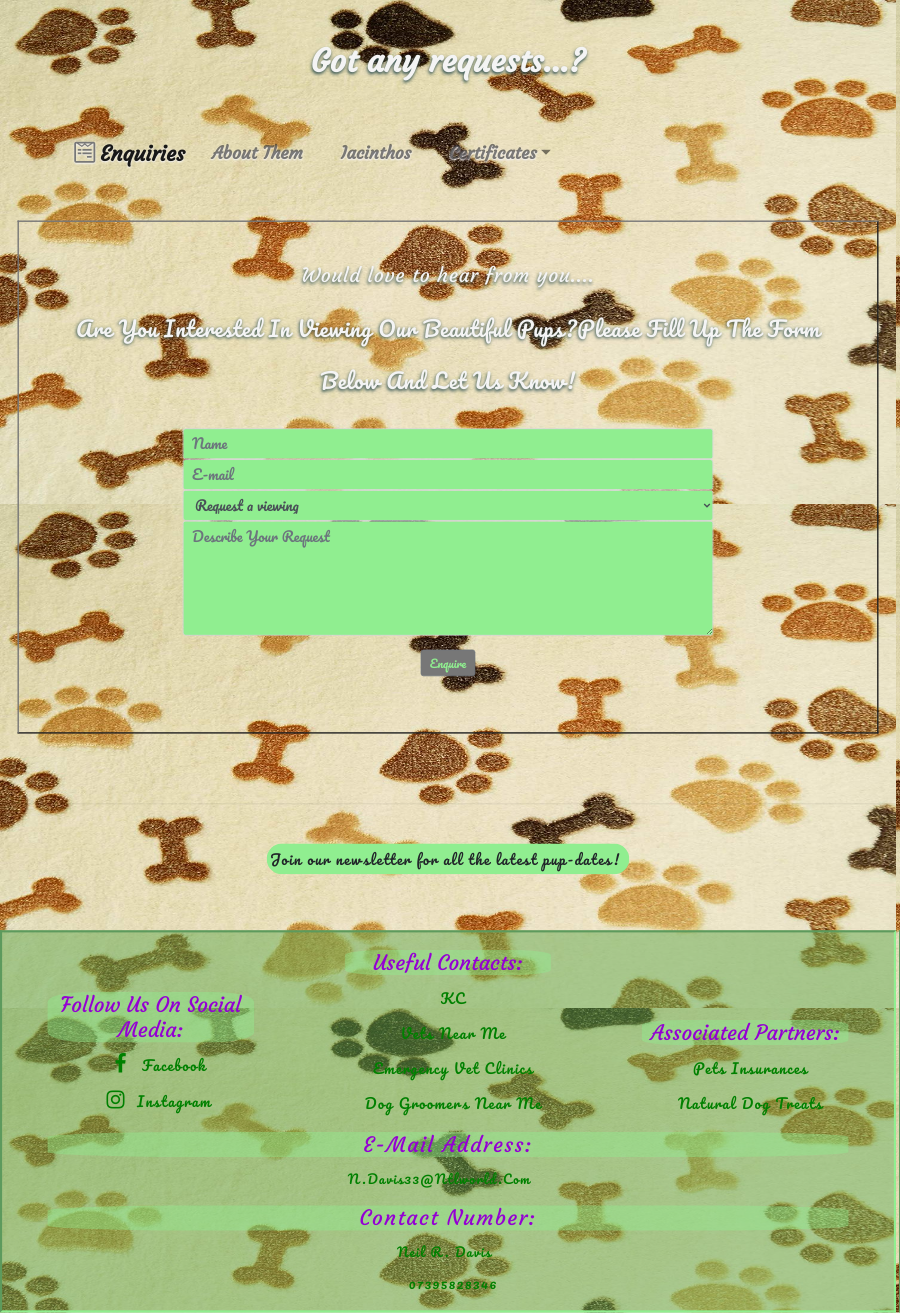
Repository: Code-Institute-Submissions/GeorgiosSklav-Iacinthos-blog
Page: request-form.html
The author's editor kept a record of every edit. The page is drawn from the files as they stood at one moment, then again after the next edit.
The browser window is 1280 px wide. The page is 1285 px wide, so the pictures cover 1285 px, including what lies to the right of the window. The pictures show the whole page, at 70% of full size.
Backgrounds fixed to the window are drawn as part of the page.

Above is the page before.

### request-form.html
<!DOCTYPE html>
<html lang="en">

<head>
    <meta charset="UTF-8">
    <meta name="viewport" content="width=device-width, initial-scale=1.0">
    <meta http-equiv="X-UA-Compatible" content="ie=edge">
    <link rel="stylesheet" href="https://stackpath.bootstrapcdn.com/bootstrap/4.3.1/css/bootstrap.min.css " integrity="sha384-ggOyR0iXCbMQv3Xipma34MD+dH/1fQ784/j6cY/iJTQUOhcWr7x9JvoRxT2MZw1T " crossorigin="anonymous ">
    <title>Iacinthos mini Poodles</title>
    <link rel="stylesheet" href="https://stackpath.bootstrapcdn.com/font-awesome/4.7.0/css/font-awesome.min.css" integrity="sha384-wvfXpqpZZVQGK6TAh5PVlGOfQNHSoD2xbE+QkPxCAFlNEevoEH3Sl0sibVcOQVnN" crossorigin="anonymous">
    <link rel="stylesheet" href="style.css" type="text/css" />
</head>

<body>
    <!--------------------------------------------------------Header-->
    <header class="container">
        <div class="row align-items-start homepage">
            <a href="index.html" class="col-12 logo">
                <h1>Got any requests...?</h1>
            </a>
        </div>
        <nav class="navbar navbar-light navbar-expand-sm">
            <a href="index.html" class="navbar-brand"><i class="fa fa-wpforms"></i>Enquiries</a>
            <button class="navbar-toggler ml-auto" type="button" data-toggle="collapse" data-target="#navbarNavDropdown" aria-controls="Toggle navigation">
            <span class="navbar-toggler-icon"></span></button>
            <div class="collapse navbar-collapse" id="navbarNavDropdown">
                <ul class="navbar-nav mt-auto mt-2 mt-lg-0">
                    <li class="nav-item item2 mr-2"><a class="nav-link" href="about-them.html">About Them</a></li>
                    <li class="nav-item mr-2"><a class="nav-link" href="index.html">Iacinthos</a></li>
                    <li class="nav-item dropdown">
                        <div class="nav-link dropdown-toggle" id="navbarDropdownMenuLink" role="button" data-toggle="dropdown" aria-haspopup="true" aria-expanded="false">
                            Certificates</div>
                        <div class="dropdown-menu" aria-labelledby="navbarDropdownMenuLink">
                            <a class="dropdown-item" href="certificate.html"><i class="fa fa-download"></i>Kennel Club</a>
                            <a class="dropdown-item" href="lineage.html"><i class="fa fa-download"></i>Blood-Lineage</a>
                        </div>
                    </li>
                </ul>
            </div>
        </nav>
    </header>
    <!----------------------------------------main-body-->
    <main>
        <div class="jumbotron-fluid about" id="frame">
            <section class="container-fluid">
                <div class="row about">
                    <div class="col">
                        <h3 class="about-title contact-heading text-center">Would love to hear from you....</h3>
                        <p class="contact capitalise">Are you interested in viewing our beautiful pups?Please fill up the form below and let us know!</p>
                        <div class="center-form">
                            <form>
                                <input type="text" name="name" id="fullname" class="form-control" placeholder="Name" required/>
                                <input type="email" name="email" id="emailaddress" class="form-control" placeholder="E-mail" required/>
                                <select class="form-control control">
                                    <option>Request a viewing</option>
                                    <option>Litter enquiries</option>
                                    <option>Other</option>
                                    </select>
                                <textarea rows="5" name="projectsummary" id="projectsummary" class="form-control" placeholder="Describe Your Request" required></textarea>
                                <div class="form-row text-center">
                                    <div class="col">
                                        <button type="submit" class="btn btn-secondary">Enquire</button>
                                    </div>
                                </div>
                            </form>
                        </div>
                    </div>
            </section>
            </div>
            <hr>
            <!------------------------------------------------ Modal -->
            <button type="button" class="btn btn-color" data-toggle="modal" data-target="#exampleModal">
  Join our newsletter for all the latest pup-dates!
</button>
            <div class="modal fade" id="exampleModal" tabindex="-1" role="dialog" aria-labelledby="exampleModalLabel" aria-hidden="true">
                <div class="modal-dialog" role="document">
                    <div class="modal-content">
                        <div class="modal-header">
                            <h5 class="modal-title" id="exampleModalLabel">Join our family with a flick of your paw!</h5>
                            <button type="button" class="close" data-dismiss="modal" aria-label="Close">
                     <span aria-hidden="true">&times;</span>
        </button>
                        </div>
                        <div class="modal-body">
                            <form class="modal-newsletter">
                                <div class="form-group ">
                                    <input type="email" class="form-control" id="InputEmail2" aria-describedby="emailHelp" placeholder="Your Woof-mail....">
                                </div>
                                <div class="form-group">
                                    <input type="password" class="form-control" id="InputPassword2" placeholder="....and a Woof-password">
                                </div>
                                <div class="form-group form-check">
                                    <input type="checkbox" class="form-check-input" id="exampleCheck1">
                                    <label class="form-check-label" for="Check1">Remember me</label>
                                </div>
                            </form>
                        </div>
                        <div class="modal-footer">
                            <button type="button" class="btn btn-danger" data-dismiss="modal">Close</button>
                            <button type="button" class="btn btn-info">Subscribe</button>
                        </div>
                    </div>
                </div>
            </div>
    </main>

    <!--------------------------------------------------footer-->

    <footer class="container-fluid footer">
        <div class="row align-items-end">
            <div class="col-12 col-md-3 col-lg-3">
                <h4 class="social-title capitalise">Follow us on social media:</h4>
                <ul class="social-links">
                    <li>
                        <a target="_blank" href="https://www.facebook.com/neil.davis.9862">
                            <i class="fa fa-facebook"></i>
                            <span>Facebook</span>
                        </a>
                    </li>
                    <li>
                        <a target="_blank" href="https://instagram.com/neilr.davis?igshid=wmi0mqp5d2se">
                            <i class="fa fa-instagram"></i>
                            <span>Instagram</span>
                        </a>
                    </li>
                </ul>
            </div>
            <div class="col-12 col-md-3 col-lg-3">
                <h4 class="social-title capitalise">Useful contacts:</h4>
                <ul class="social-links">
                    <li>
                        <a target="_blank" href="https://www.thekennelclub.org.uk/">
                            <span class="capitalise">KC</span>
                        </a>
                    </li>
                    <li>
                        <a target="_blank" href="https://www.google.com/search?q=vet+near+me&oq=vet+near&aqs=chrome.0.0j69i57j0l4.4119j0j7&sourceid=chrome&ie=UTF-8">
                            <span class="capitalise">Vets near me</span>
                        </a>
                    </li>
                    <li>
                        <a target="_blank" href="https://www.google.com/search?q=emergency+vet+clinic+near+me&oq=emergency+vet&aqs=chrome.4.69i57j0l5.15430j0j7&sourceid=chrome&ie=UTF-8">
                            <span class="capitalise">Emergency vet clinics</span>
                        </a>
                    </li>
                    <li>
                        <a target="_blank" href="https://www.google.com/search?q=dog+groomer+near+me&oq=dog+groomer&aqs=chrome.1.69i57j0l5.4790j0j7&sourceid=chrome&ie=UTF-8">
                            <span class="capitalise">Dog groomers near me</span>
                        </a>
                    </li>
                </ul>
            </div>
            <div class="col-12 col-md-3 col-lg-3">
                <h4 class="social-title capitalise">Associated partners:</h4>
                <ul class="social-links">
                    <li>
                        <a target="_blank" href="https://www.google.com/search?q=pet+insurance+near+me&oq=pet+ins&aqs=chrome.2.0j69i57j0l4.6094j0j7&sourceid=chrome&ie=UTF-8">
                            <span class="capitalise">pets insurances</span>
                        </a>
                    </li>
                    <li>
                        <a target="_blank" href="https://www.doglistener.co.uk/catalog/natural-dog-treats-0">
                            <span class="capitalise">natural dog treats</span>
                        </a>
                    </li>
                </ul>
            </div>
            <div class="col-12 col-md-3 col-lg-3 contacts">
                <h4 class="social-title capitalise">e-mail address:</h4>
                <p class="capitalise social-links">
                    n.davis33@ntlworld.com
                </p>
                <h4 class="social-title capitalise">Contact number:</h4>
                <ul class="social-links">
                    <li class="social-links capitalise">
                        neil r. davis
                    </li>
                    <li class="capitalise">
                        07395828346
                    </li>
                </ul>
            </div>
        </div>
    </footer>

    <script src="https://code.jquery.com/jquery-3.3.1.slim.min.js" integrity="sha384-q8i/X+965DzO0rT7abK41JStQIAqVgRVzpbzo5smXKp4YfRvH+8abtTE1Pi6jizo" crossorigin="anonymous"></script>
    <script src="https://cdnjs.cloudflare.com/ajax/libs/popper.js/1.14.7/umd/popper.min.js" integrity="sha384-UO2eT0CpHqdSJQ6hJty5KVphtPhzWj9WO1clHTMGa3JDZwrnQq4sF86dIHNDz0W1" crossorigin="anonymous"></script>
    <script src="https://stackpath.bootstrapcdn.com/bootstrap/4.3.1/js/bootstrap.min.js" integrity="sha384-JjSmVgyd0p3pXB1rRibZUAYoIIy6OrQ6VrjIEaFf/nJGzIxFDsf4x0xIM+B07jRM" crossorigin="anonymous"></script>
</body>

</html>

### style.css
@import url('https://fonts.googleapis.com/css?family=Courgette:100,200,300,400,500,600,700|Pacifico:100,200,300,400,500,600,700');

/*------------------------------------------------body background*/

body {
    background-image: url("./Media/footprints.jpg");
    background-size: 100%;
    background-attachment: fixed;
    line-height: 2.5;
    text-align: center;
}

h1 {
    font-family: "Courgette", sans-serif;
    font-weight: 700;
    font-size: 45px;
    color: #f4f4f4;
    text-shadow: -1px 2px 5px #2f4f4f;
    margin-top: 35px;
    margin-bottom: 5px;
    padding-top: 25px;
}

.heading {
    margin: 25px;
}

.capitalise {
    text-transform: capitalize;
}

/*------------------------------------------------Navbar*/

.navbar {
    word-wrap: normal;
    margin-top: 50px;
    margin-bottom: 25px;
}

.navbar-light {
    font-family: 'Courgette', sans-serif;
    font-weight: 600;
    font-size: 25px;
    color: #00008b;
    text-shadow: 0px 2px 3px #f8f8ff;

}

.nav-link {
    margin-right: 15px;
    margin-left: 15px;
}

.nav-link:hover {
    background-color: #90ee90;
    border-radius: 50%;
}

.dropdown-menu {
    background-color: #90ee90;
    font-weight: 600;
    font-size: 20px;
    border-radius: 10%;
    margin: 0;
    padding: 2px;
}

.dropdown-menu ul li:hover {
    background-color: #777;
}

.ml-auto {
    background-color: #90ee90;
}

.navbar i {
    font-size: 35px;
    padding-top: 0;
    padding-bottom: 5px;
    padding-right: 2px;
    margin: 5px;
    color: #777;
}

.navbar-brand {
    font-size: 30px;

}

.navbar-brand:hover {
    background-color: #90ee90;
    border-radius: 50%;
}

.fa-download {
    margin-right: 2px;
    margin-left: 2px;
}

.fa-download:hover {
    color: #90ee90;
}

/*------------------------------------------Media queries*/

@media (max-width: 300px) {
    .ml-auto:hover {
        background-color: #777;
    }
    .dropdown-item:hover {
        background-color: #777;

    }
    #navbarNavDropdown {
        background-color: #777;
    }

    #navbarNavDropdown ul li:hover {
        background-color: #90ee90;
    }
    .social-links,
    .social-title {
        font-size: 30px;
    }
}

@media (max-width: 3800px) {
    .dropdown-menu {
        background-color: #90ee90;
        color: #777;
    }
    .dropdown-item:hover {
        background-color: #777;
        color: #90ee90;
    }

    .col-lg-3 {
        flex: 30%;
        max-width: 100%;
    }
}

/*------------------------------------------------Homepage*/

.homepage a {
    text-decoration: none;
    height: 100%;
}

.introduction {
    height: 90%;
    width: 90%;
}


.img-50 {
    margin-left: 25px;
    width: 100%;
    float: none;
    border-style: groove;
    border-radius: 50%;
}

/*--------------------------------------------texts,p*/

.container-title {
    text-align: center;
    margin: 35px;
    font-family: "Courgette", sans-serif;
    color: #00ffff;
    text-shadow: -1px 2px 5px #2f4f4f;
}

.container-title i {
    font-size: 30px;
    padding: 15px;
    margin: 15px;
}

.dog-name {
    font-family: "Courgette", sans-serif;
    font-weight: 700;
    font-size: 32px;
    margin-left: 25px;
    text-shadow: -3px 2px 5px #191970;
}

/*----------------------------------------about us section*/

.about {
    margin: 25px;
    font-family: "Pacifico", sans-serif;
    font-size: 30px;
    letter-spacing: 1px;
    color: #f4f4f4;/*#f8f8ff*/
    text-shadow: -1px 2px 5px #2f4f4f;
}
text-shadow: -3px 2px 3px #00008b;
.about .about-title {
    color: #ffefd5;
    text-shadow: -3px 2px 20px #750909;
}

#frame {
    border: 2px outset #777;
    font-size: 25px;
    margin-top: 45px;
    margin-bottom: 100px;
    padding: 10px;
    font-weight: lighter;
}

/*----------------------------------------newsletter button*/

.btn-color {
    background-color: #90ee90;
    font-family: "Pacifico", sans-serif;
    font-size: 20px;
    letter-spacing: 2px;
    margin: 40px 25px;
    padding-left: 4px;
    border-radius: 50px;
}

.btn-color:hover {
    color: #90ee90;
    background-color: #777;
}

/*----------------------------------------Modal styling*/

.modal-title {
    font-family: "Pacifico", sans-serif;
    font-size: 25px;
    margin: 10px 5px;
}

.modal-content {
    background-color: #90ee90;
    text-shadow: -3px 2px 0.5px #ffefd5;
    color: #777;
}

.modal-footer .btn-danger,
.btn-info {
    margin-right: 20px;
}

.modal-body {
    padding: 0 15px 0 15px;
    top: 5px;
    bottom: 0;
    margin-top: 10px;
}


/*----------------------------------------footer*/

.footer {
    display: inline-block;
    border: 3px inset #90ee90;
    background-color: rgba(100, 170, 80, .5);
    padding-top: 25px;
    margin: 40px 5px 0px 0px;
    text-align: center;
}

.contacts .social-title {
    text-transform: capitalize;
    text-decoration: none;
    font-family: "Courgette", sans-serif;
    font-size: 30px;
    font-weight: 400;
    letter-spacing: 2px;
    color: #9400d3;
}

.social-links {
    list-style: none;
    padding-right: 25px;
    font-family: "Pacifico", sans-serif;
    color: #008000;
    font-size: 18px;
    font-weight: 400;
    letter-spacing: 2px;
}

.social-links li a {
    text-decoration: none;
    font-family: "Pacifico", sans-serif;
    font-size: 20px;
    font-weight: 400;
    letter-spacing: 2px;
    color: #008000;
}

.social-links li a:hover {
    background-color: #777;
    color: #90ee90;
    border-radius: 30%;
}

.social-links li i {
    font-size: 30px;
    height: 45px;
    width: 45px;
}

.social-title {
    word-break: keep-all;
    margin-left: 50px;
    margin-right: 50px;
    font-size: 30px;
    font-family: "Courgette", sans-serif;
    color: #9400d3;
    border-radius: 20%;
    background-color: rgba(144, 238, 144, 0.4);
}

.contact-heading {
    font-family: "Courgette", sans-serif;
    font-weight: 300;
    margin-top: 25px;
    margin-bottom: 20px;
}

.form-control {
    font-size: 20px;
    background-color: #90ee90;
}

.control {
    background-color: #90ee90;
}

.center-form {
    padding: 15px 5px 10px;
    margin: 15px auto;
    max-width: 70%;
}

button[type="submit"] {
    margin-bottom: 20px;
    margin-top: 13px;
    color: #90ee90;
    background-color: #777;
}

button[type="submit"]:hover {
    background-color: #90ee90;
    color: #777;
}

After the next edit:
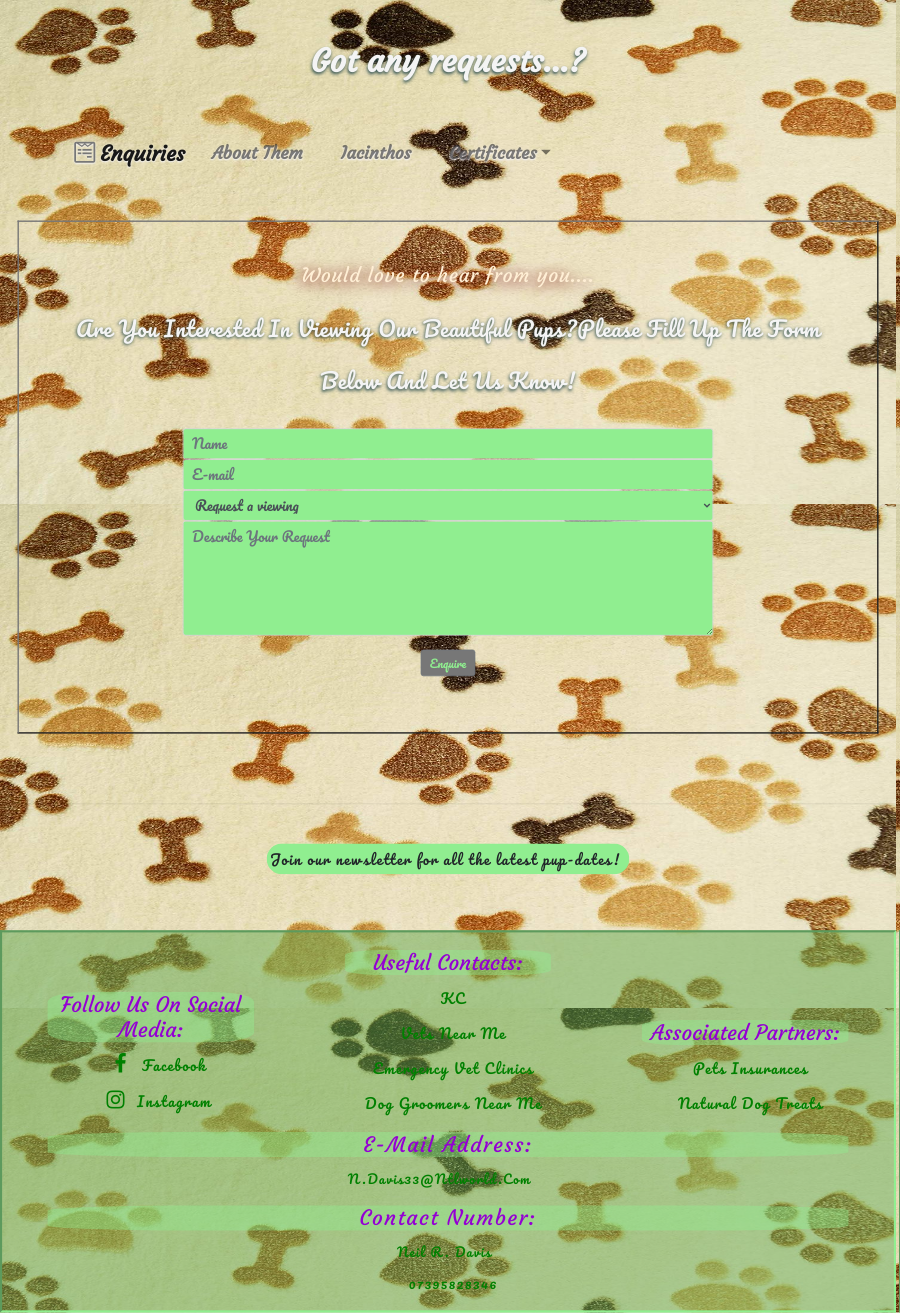
The edit:
--- a/style.css
+++ b/style.css
@@ -195,7 +195,7 @@
     color: #f4f4f4;/*#f8f8ff*/
     text-shadow: -1px 2px 5px #2f4f4f;
 }
-text-shadow: -3px 2px 3px #00008b;
+/*text-shadow: -3px 2px 3px #00008b;*/
 .about .about-title {
     color: #ffefd5;
     text-shadow: -3px 2px 20px #750909;
